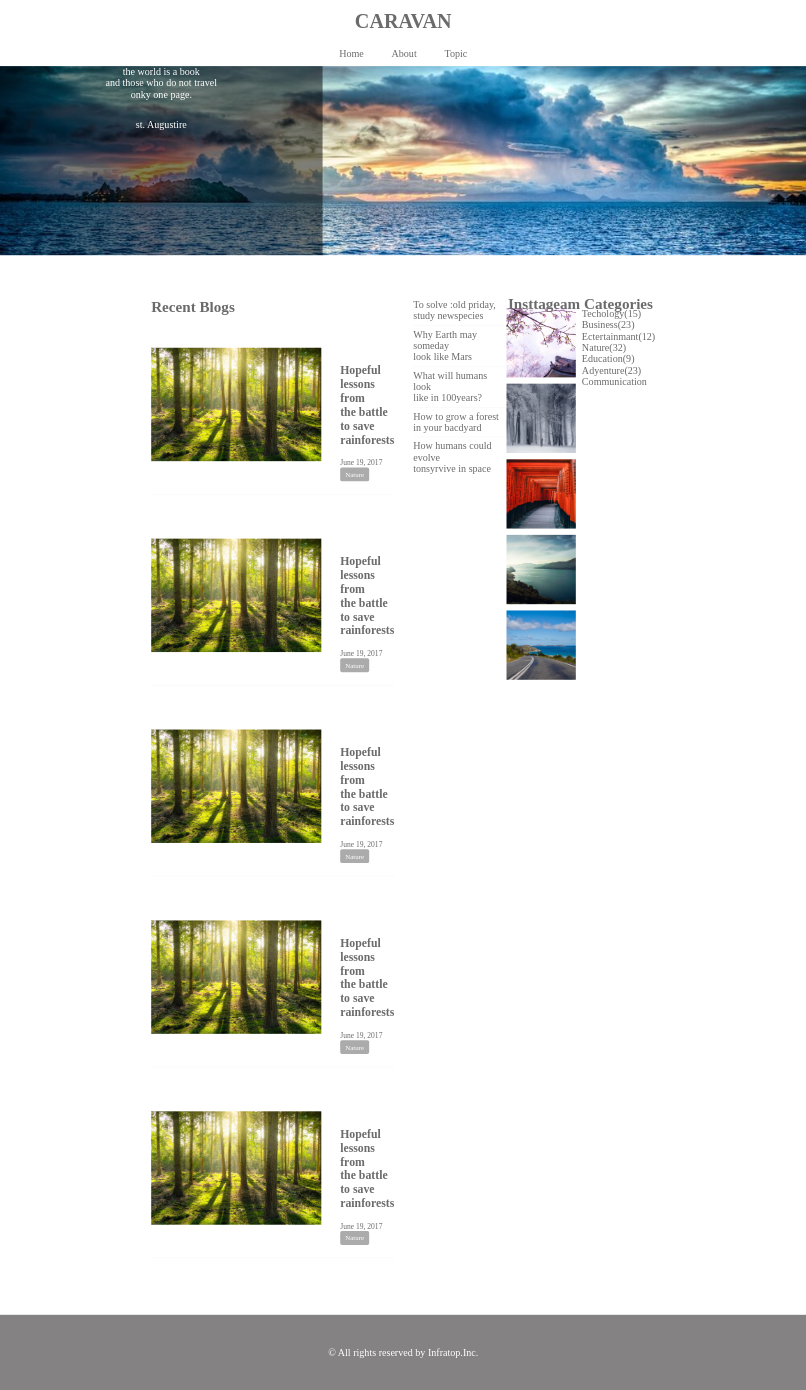
Repository: ishidaryu/ishidaryu
Page: caravan/index.html
The author's editor kept a record of every edit. The page is drawn from the files as they stood at one moment, then again after the next edit.
The browser window is 1280 px wide. The pictures show the whole page, at 63% of full size.

Above is the page before.

After the next edit:
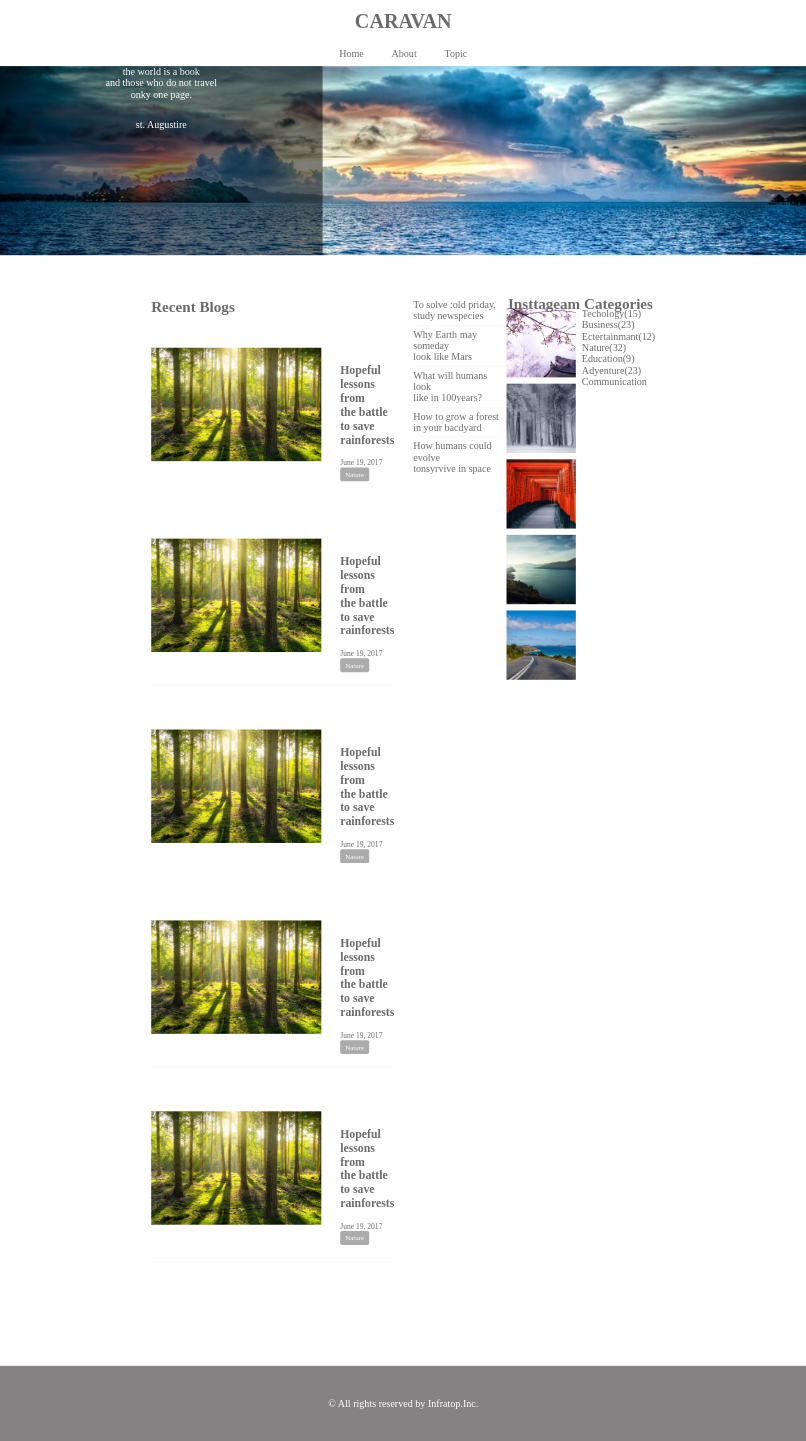
The edit:
--- a/caravan/index.html
+++ b/caravan/index.html
@@ -125,6 +125,16 @@
           </section>
         </div>
 
+        <div class="pagination">
+          <p><<<</p>
+          <p><</p>
+          <p>1</p>
+          <p>2</p>
+          <p>3</p>
+          <p>></p>
+          <p>>>></p>
+        </div>
+
 
         </section>
       <div class="sidebar">
